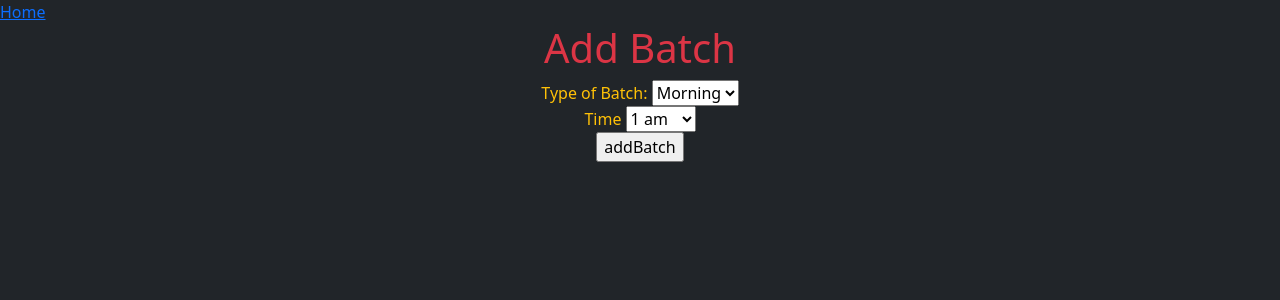
Repository: Jannis-Buschhaus/simplilearn-assessment-phase2
Page: http://localhost/FunfitWebapp/addBatch.jsp
An editor plug-in stored every save of this project. The page is shown before and after the next save, followed by the edit.
The browser window is 1280 px wide. The pictures show the whole page.
The page is served by Tomcat 9. Other server files are loaded and not shown.

Above is the page before, as saved 2024-05-30 14:26:59.

### FunfitWebapp/src/main/webapp/addBatch.jsp
<%@ page language="java" contentType="text/html; charset=UTF-8"
    pageEncoding="UTF-8"%>
<!DOCTYPE html>
<html>
<head>
<meta charset="UTF-8">
<title>Add Batch</title>
<link href="https://cdn.jsdelivr.net/npm/bootstrap@5.3.3/dist/css/bootstrap.min.css" rel="stylesheet" integrity="sha384-QWTKZyjpPEjISv5WaRU9OFeRpok6YctnYmDr5pNlyT2bRjXh0JMhjY6hW+ALEwIH" crossorigin="anonymous">
</head>
<body class="bg-dark">
	<a href="index.jsp">Home</a>
	<h1 class="text-danger text-center">Add Batch</h1>
	<div class="text-center">
		<form action="BatchController" method="post">
		<label class="text-warning" for="typeOfBatch">Type of Batch: </label>
		<select name="typeOfBatch">
			<option value="morning">Morning</option>
			<option value="evening">Evening</option>
		</select><br/>
		<label class="text-warning" for="time">Time</label>
		<select name="time">
			<% for(int i=1; i<=12; i++){ %>
				<option value="<%=i%>am"><%=i%> am</option>
			<% }%>
			<% for(int i=1; i<=12; i++){ %>
				<option value="<%=i%>pm"><%=i%> pm</option>
			<% }%>
		</select><br />
		<input type="submit" value="addBatch" />
		</form>
	</div>
</body>
</html>

After the next save:
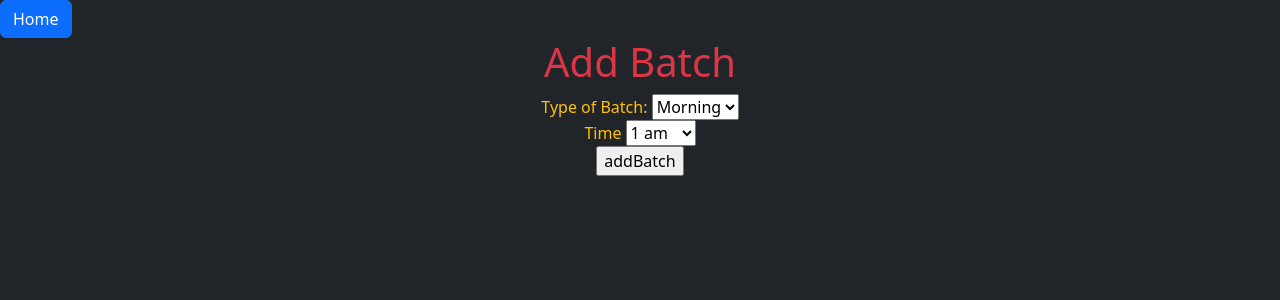
Saved 37 s later.
--- a/FunfitWebapp/src/main/webapp/addBatch.jsp
+++ b/FunfitWebapp/src/main/webapp/addBatch.jsp
@@ -8,7 +8,7 @@
 <link href="https://cdn.jsdelivr.net/npm/bootstrap@5.3.3/dist/css/bootstrap.min.css" rel="stylesheet" integrity="sha384-QWTKZyjpPEjISv5WaRU9OFeRpok6YctnYmDr5pNlyT2bRjXh0JMhjY6hW+ALEwIH" crossorigin="anonymous">
 </head>
 <body class="bg-dark">
-	<a href="index.jsp">Home</a>
+	<a  class="btn btn-primary" href="index.jsp">Home</a>
 	<h1 class="text-danger text-center">Add Batch</h1>
 	<div class="text-center">
 		<form action="BatchController" method="post">
